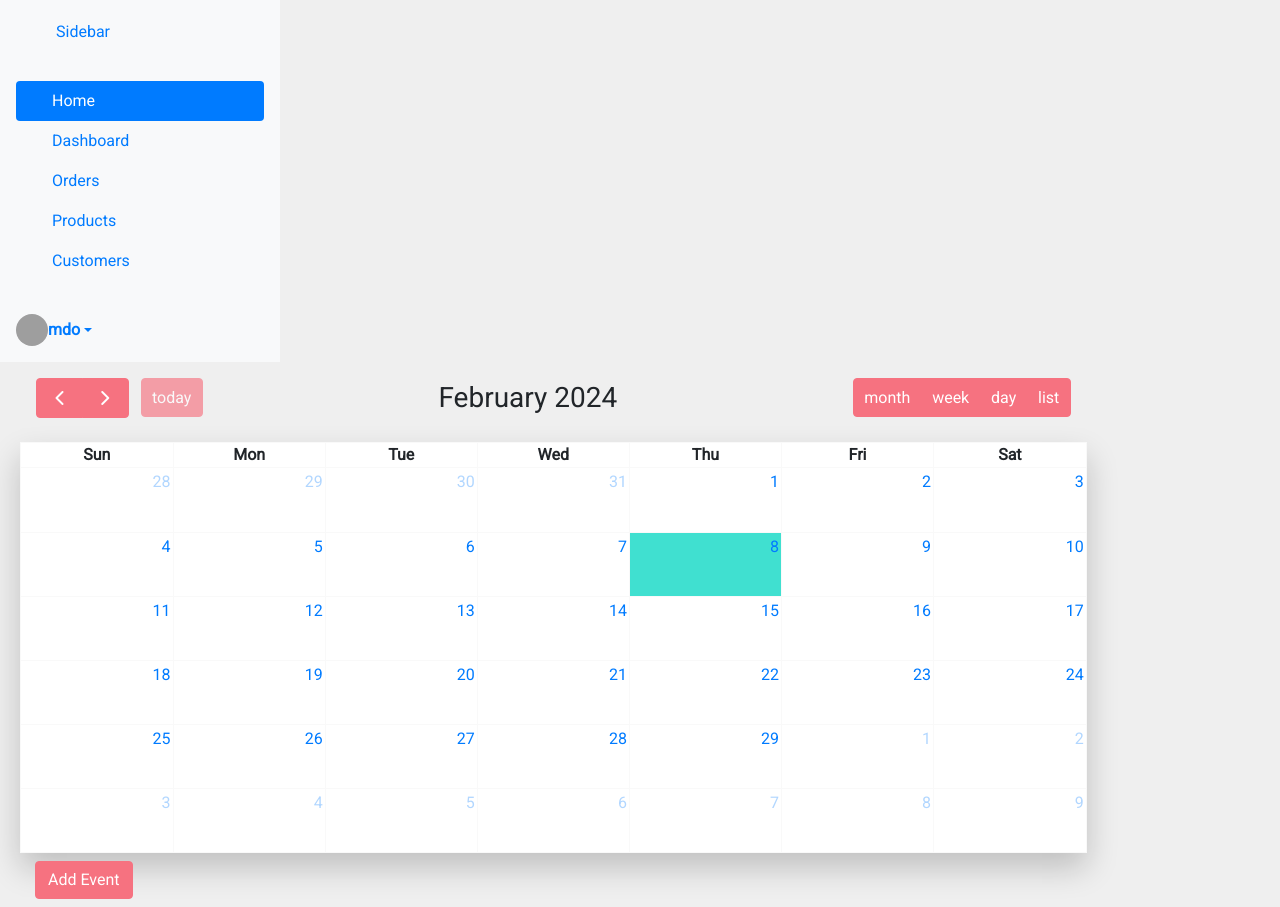
Repository: marios-petrov/NuPath
Page: softwareengineering1/calendarapp/templates/dataTest.html
An editor plug-in stored every save of this project. The page is shown before and after the next save, followed by the edit.
The browser window is 1280 px wide. The pictures show the whole page.
Pictures or frames that could not be fetched are drawn as grey boxes. The template is drawn by Django 5.2. The application's start-up code is not run. Other server files are loaded and not shown. The template is opened directly, without the code that normally fills it, so the values that code supplies are empty.

Above is the page before, as saved 2024-02-21 19:42:59.

### softwareengineering1/calendarapp/templates/dataTest.html
<!--initial calendar js, css, and bootstrap from https://colorlib.com/wp/template/calendar-20/-->
<!--https://colorlib.com/wp/bootstrap-calendars/ last visited: 2/19/2024-->

{% extends "base.html" %}

{% block content %}
{%load static %}

<div id='calendar-container' class='col-10 px-0'>
    <div id='calendar'></div>
    <div class="col-2 py-2">
        <button class="btn fc-button-primary fc-button-active">Add Event</button>
    </div>
</div>

<script src="{% static 'js/jquery-3.3.1.min.js' %}"></script>
<script src="{% static 'js/popper.min.js' %}"></script>
<script src="{% static 'js/bootstrap.min.js' %}"></script>

<!-- Include your static JavaScript files -->
<script src="{% static 'fullcalendar/packages/core/main.js' %}"></script>
<script src="{% static 'fullcalendar/packages/interaction/main.js' %}"></script>
<script src="{% static 'fullcalendar/packages/daygrid/main.js' %}"></script>
<script src="{% static 'fullcalendar/packages/timegrid/main.js' %}"></script>
<script src="{% static 'fullcalendar/packages/list/main.js' %}"></script>

<script>
    document.addEventListener('DOMContentLoaded', function () {
        var calendarEl = document.getElementById('calendar');

        var calendar = new FullCalendar.Calendar(calendarEl, {
            plugins: ['interaction', 'dayGrid', 'timeGrid', 'list'],
            height: 'parent',
            header: {
                left: 'prev,next today',
                center: 'title',
                right: 'dayGridMonth,timeGridWeek,timeGridDay,listWeek'
            },
            defaultView: 'dayGridMonth',
            defaultDate: '2024-02-01',
            navLinks: true, // can click day/week names to navigate views
            editable: true,
            eventLimit: true, // allow "more" link when too many events
            events: [
            {% for e in events %}
                {
                    title: '{{e.title}}',
                    start: '{{e.startTime|date:"c"}}',
                    end: '{{e.endTime|date:"c"}}',
                },
            {% endfor %}
            ]
        });

        calendar.render();
    });
</script>

{% endblock %}

### softwareengineering1/softwareengineering1/templates/base.html
<!doctype html>
<html lang="en">

  <head>
    <!-- Required meta tags -->
    <meta charset="utf-8">
    <meta name="viewport" content="width=device-width, initial-scale=1">
    <link href="https://fonts.googleapis.com/css?family=Roboto:300,400&display=swap" rel="stylesheet">
    <link href="https://fonts.googleapis.com/css?family=Poppins:300,400,500&display=swap" rel="stylesheet">

    <!-- Include your static CSS files -->
    {% load static %}
    <link rel="stylesheet" href="{% static 'fonts/icomoon/style.css' %}">
    <link href="{% static 'fullcalendar/packages/core/main.css' %}" rel="stylesheet">
    <link href="{% static 'fullcalendar/packages/daygrid/main.css' %}" rel="stylesheet">

    <!-- Bootstrap CSS -->
    <link rel="stylesheet" href="{% static 'css/bootstrap.min.css' %}">

    <!-- Style -->
    <link rel="stylesheet" href="{% static 'css/style.css' %}">

    <title>Novo Ninja</title>
  </head>
<body>
  <div class='container min-vw-100 justify-content'>
    <div class='row'>
  {% include 'navbar.html' %}

  {% block content %}

  {% endblock %}
</div>
</div>
</body>
</html>

### softwareengineering1/navbar/templates/navbar.html
<div class="d-flex flex-column flex-shrink-0 p-3 bg-light" style="width: 280px;">
    <a href="/" class="d-flex align-items-center mb-3 mb-md-0 me-md-auto link-dark text-decoration-none">
      <svg class="bi me-2" width="40" height="32"><use xlink:href="#bootstrap"></use></svg>
      <span class="fs-4">Sidebar</span>
    </a>
    <hr>
    <ul class="nav nav-pills flex-column mb-auto">
      <li class="nav-item">
        <a href="#" class="nav-link active" aria-current="page">
          <svg class="bi me-2" width="16" height="16"><use xlink:href="#home"></use></svg>
          Home
        </a>
      </li>
      <li>
        <a href="#" class="nav-link link-dark">
          <svg class="bi me-2" width="16" height="16"><use xlink:href="#speedometer2"></use></svg>
          Dashboard
        </a>
      </li>
      <li>
        <a href="#" class="nav-link link-dark">
          <svg class="bi me-2" width="16" height="16"><use xlink:href="#table"></use></svg>
          Orders
        </a>
      </li>
      <li>
        <a href="#" class="nav-link link-dark">
          <svg class="bi me-2" width="16" height="16"><use xlink:href="#grid"></use></svg>
          Products
        </a>
      </li>
      <li>
        <a href="#" class="nav-link link-dark">
          <svg class="bi me-2" width="16" height="16"><use xlink:href="#people-circle"></use></svg>
          Customers
        </a>
      </li>
    </ul>
    <hr>
    <div class="dropdown">
      <a href="#" class="d-flex align-items-center link-dark text-decoration-none dropdown-toggle" id="dropdownUser2" data-bs-toggle="dropdown" aria-expanded="false">
        <img src="https://github.com/mdo.png" alt="" width="32" height="32" class="rounded-circle me-2">
        <strong>mdo</strong>
      </a>
      <ul class="dropdown-menu text-small shadow" aria-labelledby="dropdownUser2">
        <li><a class="dropdown-item" href="#">New project...</a></li>
        <li><a class="dropdown-item" href="#">Settings</a></li>
        <li><a class="dropdown-item" href="#">Profile</a></li>
        <li><hr class="dropdown-divider"></li>
        <li><a class="dropdown-item" href="#">Sign out</a></li>
      </ul>
    </div>
  </div>

### softwareengineering1/softwareengineering1/static/fullcalendar/packages/daygrid/main.css
/* DayGridView
--------------------------------------------------------------------------------------------------*/
/* day row structure */
.fc-dayGridWeek-view .fc-content-skeleton,
.fc-dayGridDay-view .fc-content-skeleton {
  /* there may be week numbers in these views, so no padding-top */
  padding-bottom: 1em;
  /* ensure a space at bottom of cell for user selecting/clicking */
}

.fc-dayGrid-view .fc-body .fc-row {
  min-height: 4em;
  /* ensure that all rows are at least this tall */
}

/* a "rigid" row will take up a constant amount of height because content-skeleton is absolute */
.fc-row.fc-rigid {
  overflow: hidden;
}

.fc-row.fc-rigid .fc-content-skeleton {
  position: absolute;
  top: 0;
  left: 0;
  right: 0;
}

/* week and day number styling */
.fc-day-top.fc-other-month {
  opacity: 0.3;
}

.fc-dayGrid-view .fc-week-number,
.fc-dayGrid-view .fc-day-number {
  padding: 2px;
}

.fc-dayGrid-view th.fc-week-number,
.fc-dayGrid-view th.fc-day-number {
  padding: 0 2px;
  /* column headers can't have as much v space */
}

.fc-ltr .fc-dayGrid-view .fc-day-top .fc-day-number {
  float: right;
}

.fc-rtl .fc-dayGrid-view .fc-day-top .fc-day-number {
  float: left;
}

.fc-ltr .fc-dayGrid-view .fc-day-top .fc-week-number {
  float: left;
  border-radius: 0 0 3px 0;
}

.fc-rtl .fc-dayGrid-view .fc-day-top .fc-week-number {
  float: right;
  border-radius: 0 0 0 3px;
}

.fc-dayGrid-view .fc-day-top .fc-week-number {
  min-width: 1.5em;
  text-align: center;
  background-color: #f2f2f2;
  color: #808080;
}

/* when week/day number have own column */
.fc-dayGrid-view td.fc-week-number {
  text-align: center;
}

.fc-dayGrid-view td.fc-week-number > * {
  /* work around the way we do column resizing and ensure a minimum width */
  display: inline-block;
  min-width: 1.25em;
}

### softwareengineering1/softwareengineering1/static/css/style.css
body {
  font-family: "Roboto", -apple-system, BlinkMacSystemFont, "Segoe UI", Roboto, "Helvetica Neue", Arial, "Noto Sans", sans-serif, "Apple Color Emoji", "Segoe UI Emoji", "Segoe UI Symbol", "Noto Color Emoji";
  background-color: #efefef; }

p {
  color: #b3b3b3;
  font-weight: 300; }

h1, h2, h3, h4, h5, h6,
.h1, .h2, .h3, .h4, .h5, .h6 {
  font-family: "Roboto", -apple-system, BlinkMacSystemFont, "Segoe UI", Roboto, "Helvetica Neue", Arial, "Noto Sans", sans-serif, "Apple Color Emoji", "Segoe UI Emoji", "Segoe UI Symbol", "Noto Color Emoji"; }

a {
  -webkit-transition: .3s all ease;
  -o-transition: .3s all ease;
  transition: .3s all ease; }
  a, a:hover {
    text-decoration: none !important; }

.content {
  padding: 7rem 0; }

h2 {
  font-size: 20px; }

.form-control:active, .form-control:focus {
  outline: none;
  -webkit-box-shadow: none;
  box-shadow: none; }

#calendar {
  margin: 0 auto; }
  #calendar .fc-view-container {
    background-color: #fff;
    -webkit-box-shadow: 0 15px 30px 0 rgba(0, 0, 0, 0.2);
    box-shadow: 0 15px 30px 0 rgba(0, 0, 0, 0.2); }
  #calendar .fc-toolbar.fc-header-toolbar .fc-center {
    display: block; }

#calendar-container {
  top: 0;
  left: 20px;
  right: 20px;
  bottom: 20px; }

.fc-header-toolbar {
  /*
    the calendar will be butting up against the edges,
    but let's scoot in the header's buttons
    */
  padding-top: 1em;
  padding-left: 1em;
  padding-right: 1em; }

@media (max-width: 767.98px) {
  .fc-toolbar {
    display: block !important;
    text-align: center; }
    .fc-toolbar .fc-center {
      display: block;
      margin-top: 20px;
      margin-bottom: 20px; } }

Loaded but not shown: softwareengineering1/softwareengineering1/static/fonts/icomoon/style.css (common file); softwareengineering1/softwareengineering1/static/css/bootstrap.min.css (library); softwareengineering1/softwareengineering1/static/js/jquery-3.3.1.min.js (library); softwareengineering1/softwareengineering1/static/js/popper.min.js (library); softwareengineering1/softwareengineering1/static/js/bootstrap.min.js (library); softwareengineering1/softwareengineering1/static/fullcalendar/packages/core/main.js (library); softwareengineering1/softwareengineering1/static/fullcalendar/packages/interaction/main.js (2143 lines, source omitted); softwareengineering1/softwareengineering1/static/fullcalendar/packages/daygrid/main.js (1641 lines, source omitted); softwareengineering1/softwareengineering1/static/fullcalendar/packages/timegrid/main.js (1357 lines, source omitted); softwareengineering1/softwareengineering1/static/fullcalendar/packages/list/main.js (343 lines, source omitted); softwareengineering1/softwareengineering1/static/fullcalendar/packages/core/main.css (1058 lines, source omitted)

After the next save:
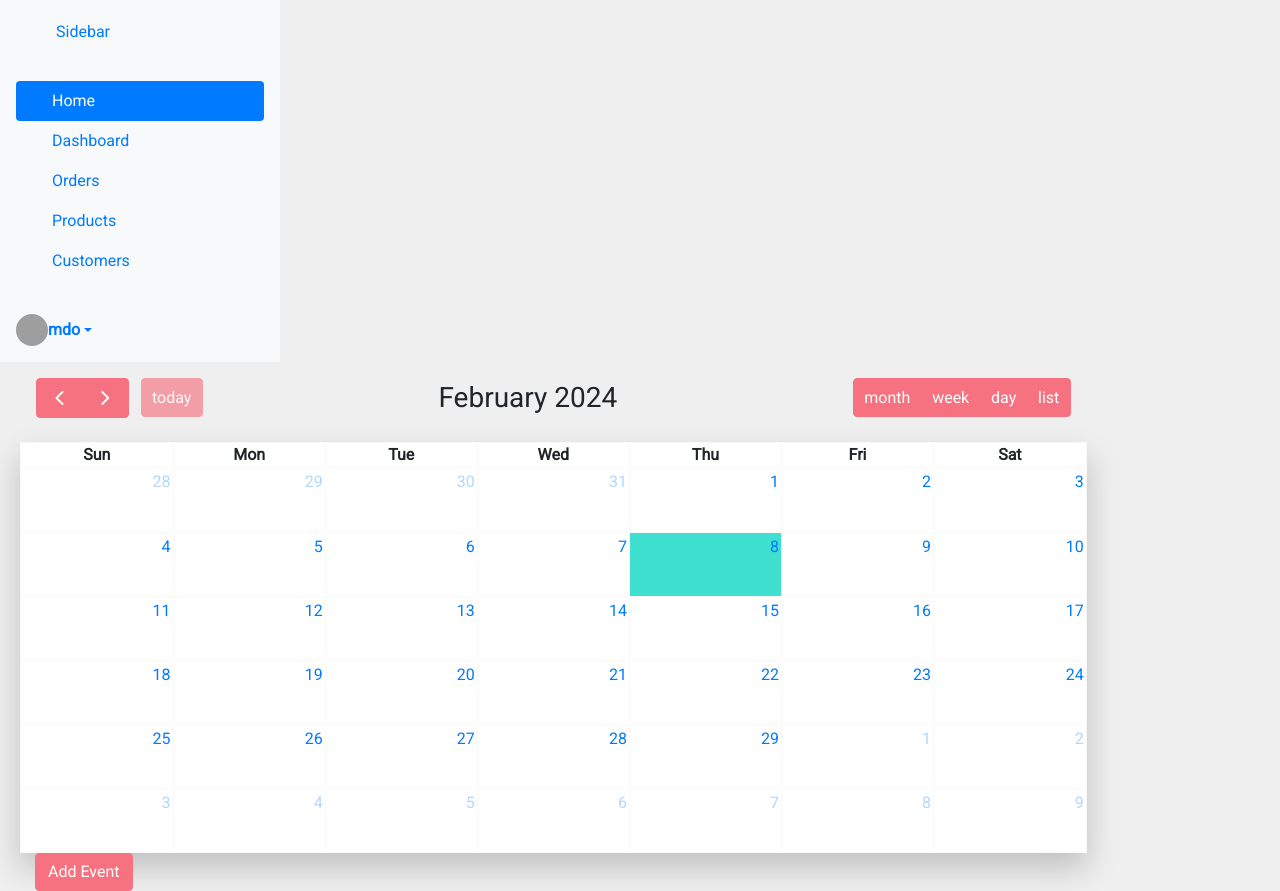
Saved 12 s later.
--- a/softwareengineering1/calendarapp/templates/dataTest.html
+++ b/softwareengineering1/calendarapp/templates/dataTest.html
@@ -8,7 +8,7 @@
 
 <div id='calendar-container' class='col-10 px-0'>
     <div id='calendar'></div>
-    <div class="col-2 py-2">
+    <div class="col-2 pa-2">
         <button class="btn fc-button-primary fc-button-active">Add Event</button>
     </div>
 </div>
